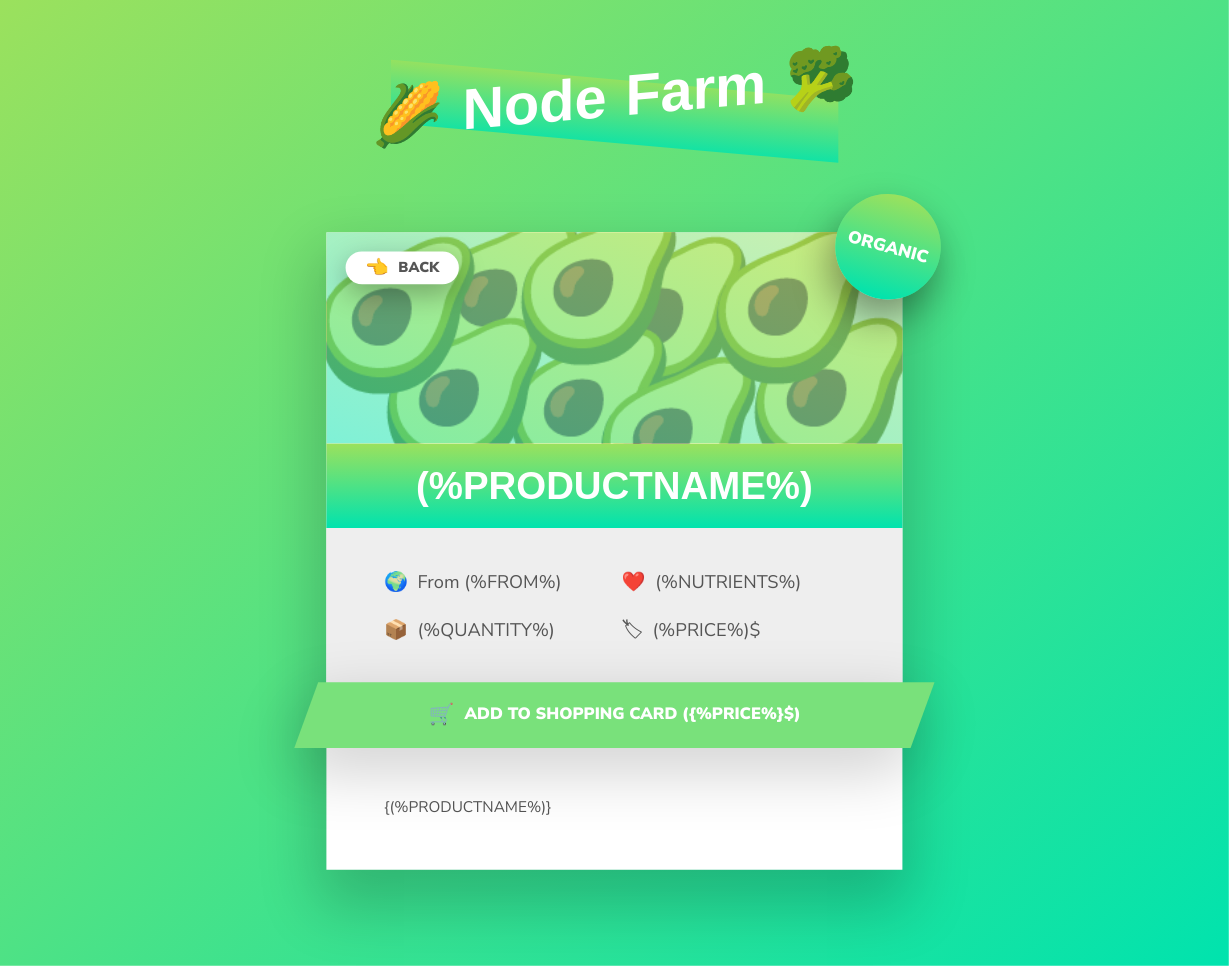
Repository: smit1298/complete-node-bootcamp
Page: node-farm/starter/templates/product.html
These files come from the project's save history. The page is drawn as it stood at one moment and after the next save; the edit follows.
The browser window is 1280 px wide. The pictures show the whole page, at 96% of full size.
Some web fonts or font styles are not loaded; a fallback is used.

Above is the page before, as saved 2021-07-21 13:03:11.

After the next save:
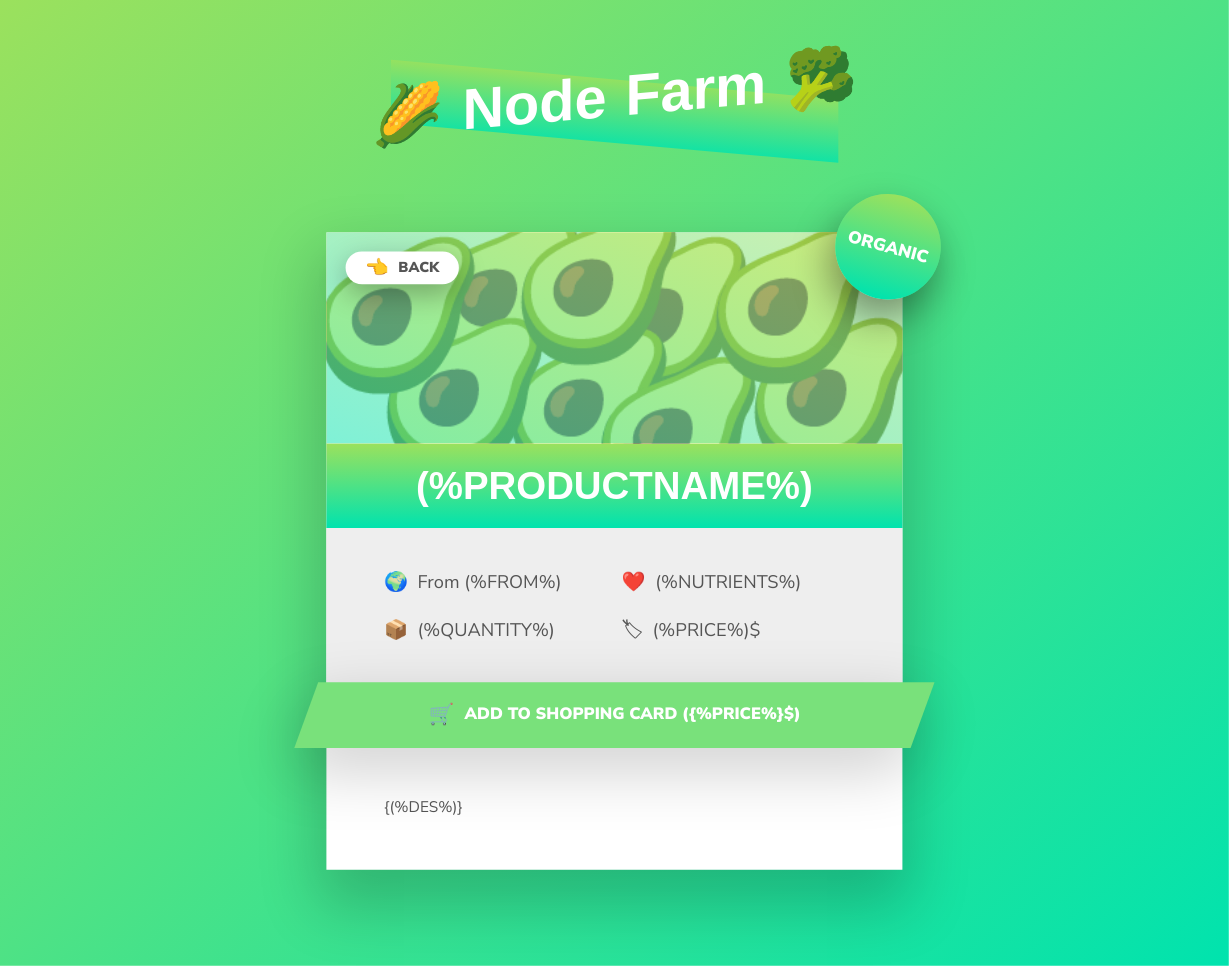
Saved 7 s later.
--- a/node-farm/starter/templates/product.html
+++ b/node-farm/starter/templates/product.html
@@ -299,7 +299,7 @@
         </a>
 
         <p class="product__description">
-{(%PRODUCTNAME%)}        </p>
+{(%DES%)}        </p>
       </figure>
 
     </div>
